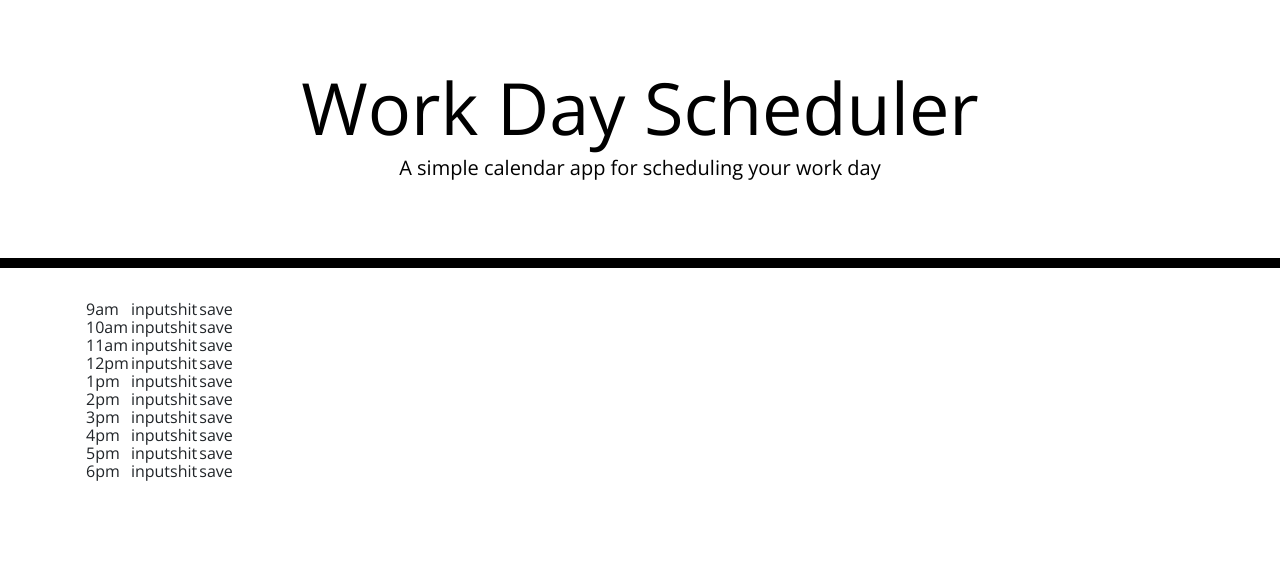
Repository: Naomilounsbury/work-day-scheduler
Page: index.html
An editor plug-in stored every save of this project. The page is shown before and after the next save, followed by the edit.
The browser window is 1280 px wide. The pictures show the whole page.
Some web libraries are served in a nearby version.

Above is the page before, as saved 2021-11-30 09:39:33.

After the next save:
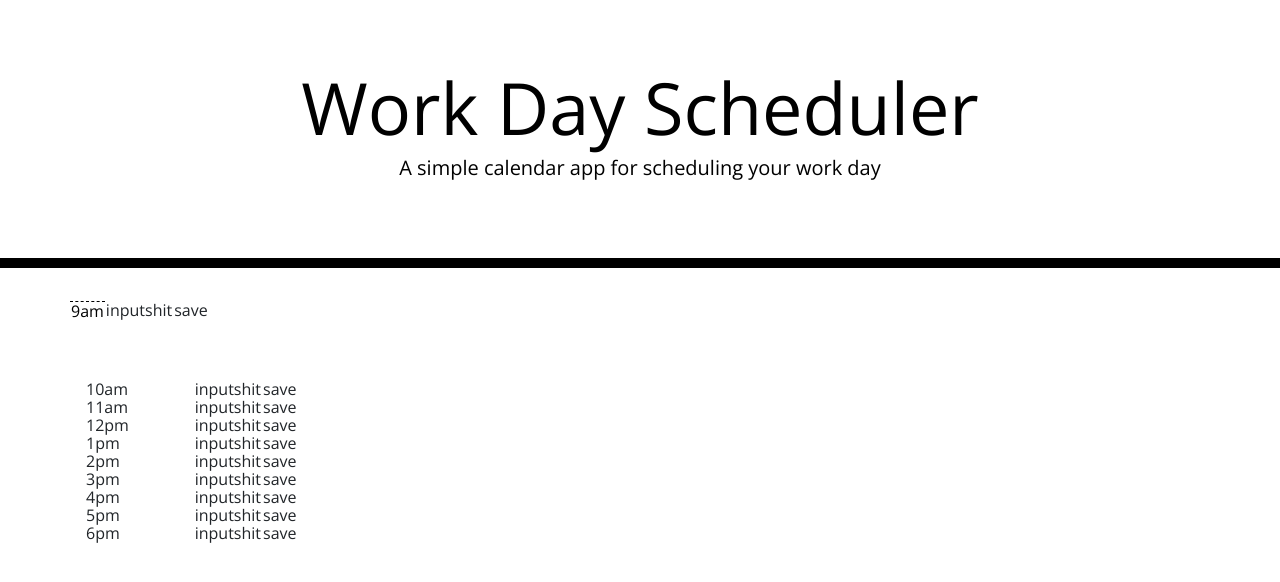
Saved 2 min 3 s later.
--- a/index.html
+++ b/index.html
@@ -31,8 +31,8 @@
     <div class="container">
       <!-- Timeblocks go here -->
       <table>
-        <tr>
-          <td>9am</td>
+        <tr class="row">
+          <td class="hour">9am</td>
           <td>inputshit</td>
           <td>save</td>
         </tr>
